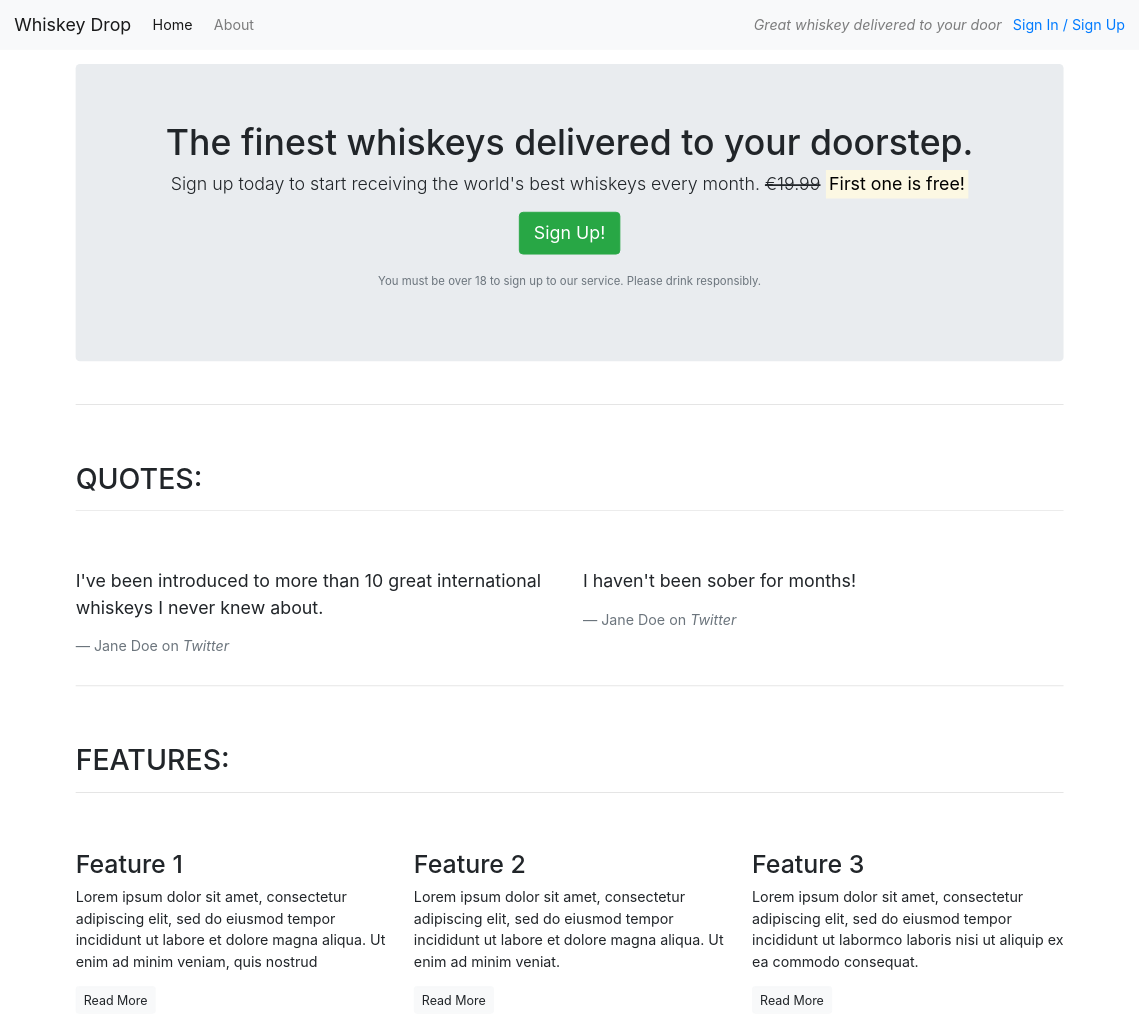
Repository: davidjbuchanan/MS1-Martina-Zampa
Page: dummy.html
The author's editor kept a record of every edit. The page is drawn from the files as they stood at one moment, then again after the next edit.
The browser window is 1280 px wide. The pictures show the whole page, at 89% of full size.

Above is the page before.

### dummy.html
<!DOCTYPE html>
<html lang="en-us">

   <head>
      <meta charset="utf-8">
      <meta name="viewport" content="width=device-width, initial-scale=1.0">
      <title>Whiskey Drop | Taste a new whiskey every month</title>
      <link rel="stylesheet" href="https://maxcdn.bootstrapcdn.com/bootstrap/4.1.3/css/bootstrap.min.css">
   </head>

   <body>
      <!--Nav-->
      <nav class="navbar navbar-light navbar-expand-sm bg-light">
         <a href="/" class="navbar-brand">Whiskey Drop</a>
         <ul class="navbar-nav mr-auto">
        	<li class="active nav-item mr-2"><a class="nav-link" href="/">Home</a></li>
        	<li class="nav-item mr-2"><a class="nav-link" href="">About</a></li>
        	<li class="nav-item mr-2 d-block d-sm-none"><a class="nav-link" href="">Sign In / Sign Up</a></li>
          </ul>
          <div class="d-none d-md-block">
        	<p class="navbar-text my-auto mr-2"><i>Great whiskey delivered to your door</i></p>
        	<a href="/login">Sign In / Sign Up</a>
          </div>
      </nav>
      <article class="container mt-3">
      <!-- Callout -->
         <div class="row">
            <div class="col-12">
                <section class="callout jumbotron text-center">
                    <h1>The finest whiskeys delivered to your doorstep.</h1>
                    <p class="lead">Sign up today to start receiving the world's best whiskeys every month.
                        <s class="d-none d-sm-inline">€19.99</s>
                        <span class="d-inline d-sm-none"><br></span>
                        <strong><mark>First one is free!</mark></strong></p>
                    <p><button class="btn btn-lg btn-success">Sign Up!</button></p>
                    <p class="text-muted"><small>You must be over 18 to sign up to our service. Please drink  responsibly.</small></p>
                </section>
            </div>
        </div>
        <!-- /.callout -->
        <hr>
           <!-- Quotes -->
    	<section class="quotes">
        	   <div class="row">
            	      <div class="col-12 my-5">
                	         <h2 class="text-uppercase">Quotes:</h2>
         		<hr/>
                   </div>
                </div>
                <div class="row">
            	      <div class="col-12 col-md-6">
                	<blockquote class="blockquote">
                    		<p>I've been introduced to more than 10 great international whiskeys I never knew about.</p>
                    		<footer class="blockquote-footer">Jane Doe on <cite title="Twitter">Twitter</cite></footer>
                	</blockquote>
            	       </div>
            	       <div class="col-12 col-md-6">
                          <blockquote class="blockquote">
                    		<p>I haven't been sober for months!</p>
    	                	<footer class="blockquote-footer">Jane Doe on <cite title="Twitter">Twitter</cite></footer>
                	</blockquote>
            	       </div>
        	   </div>
             </section>
     <!-- /.quotes -->
    <hr>
    <!-- Features -->
             <section class="features">
                <div class="row">
                   <div class="col-12 my-5">
                      <h2 class="text-uppercase">Features:</h2>
     <hr />
                   </div>
                </div>
                <div class="row">
                   <div class="col-12 col-md-6 col-lg-4">
                      <div class="feature">
                    	<h3>Feature 1</h3>
                    	<p>Lorem ipsum dolor sit amet, consectetur adipiscing elit, sed do eiusmod tempor incididunt ut labore et dolore magna aliqua. Ut enim ad minim veniam, quis nostrud</p>
                    	<p><a class="btn btn-sm btn-light" href="">Read More</a></p>
                	      </div>
                   </div>
                <div class="col-12 col-md-6 col-lg-4">
                   <div class="feature">
             	       <h3>Feature 2</h3>
                        <p>Lorem ipsum dolor sit amet, consectetur adipiscing elit, sed do eiusmod tempor incididunt ut labore et dolore magna aliqua. Ut enim ad minim veniat.</p>
                        <p><a class="btn btn-sm btn-light" href="">Read More</a></p>
                	  </div>
                </div>
                <div class="col-12 d-md-none d-lg-block col-lg-4">
                   <div class="feature">
                    	<h3>Feature 3</h3>
                    	<p>Lorem ipsum dolor sit amet, consectetur adipiscing elit, sed do eiusmod tempor incididunt ut labormco laboris nisi ut aliquip ex ea commodo consequat.</p>
                    	<p><a class="btn btn-sm btn-light" href="">Read More</a></p>
                    </div>
                 </div>
              </div>
           </section>
            <!--/feature-->
        </article>
   </body>

</html>

After the next edit:
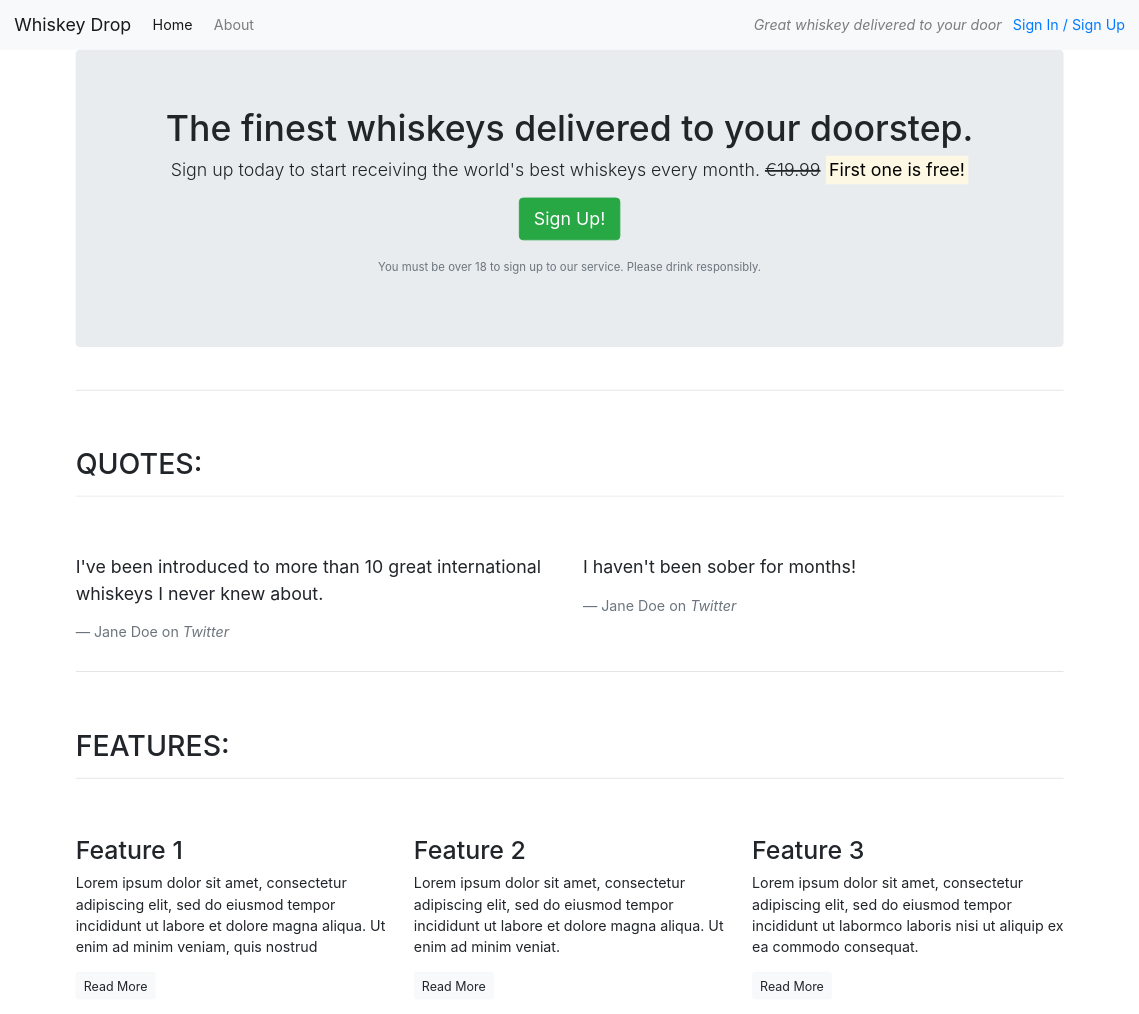
The edit:
--- a/dummy.html
+++ b/dummy.html
@@ -22,7 +22,7 @@
         	<a href="/login">Sign In / Sign Up</a>
           </div>
       </nav>
-      <article class="container mt-3">
+      <article class="container <!--mt-3-->">
       <!-- Callout -->
          <div class="row">
             <div class="col-12">
